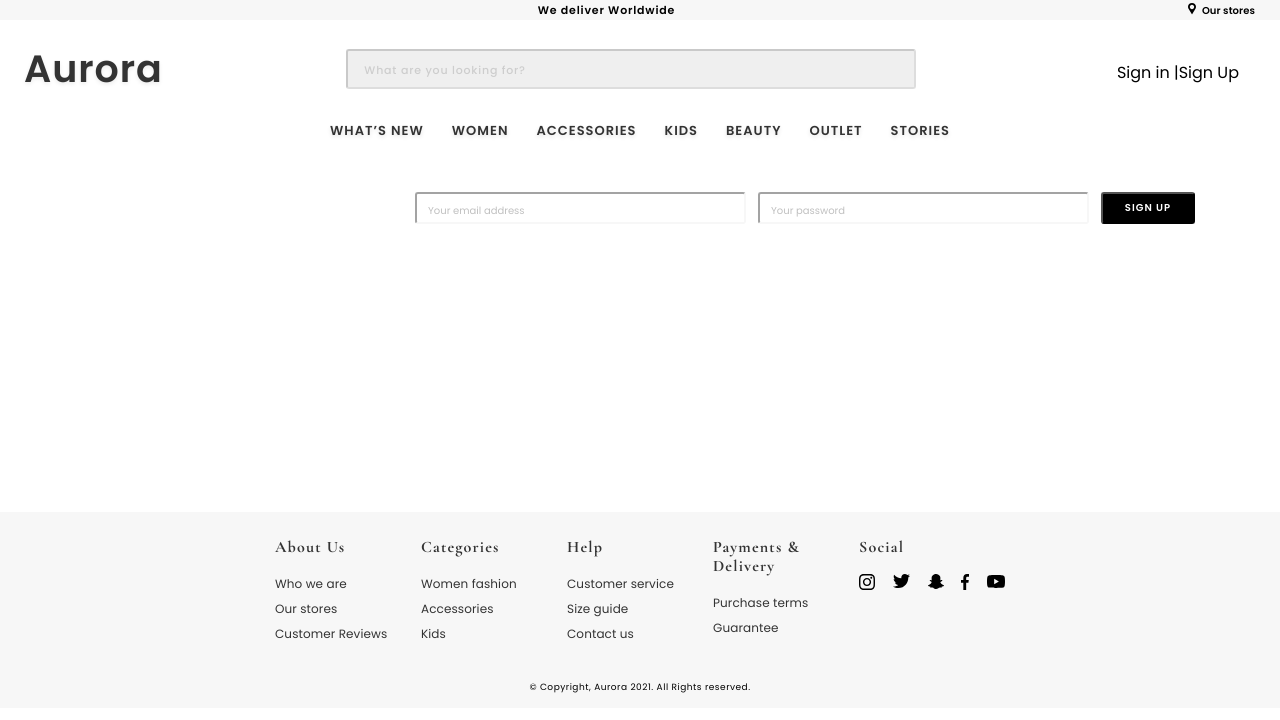
Repository: YuraKrvz/aurora-react-redux-toolkit-firebase
Page: /signUp
These files come from the project's save history. The page is drawn as it stood at one moment and after the next save; the edit follows.
The browser window is 1280 px wide. The pictures show the whole page.
The project was rebuilt for these pictures with package versions that can differ from the ones it lists, and the page was loaded fresh each time. Also part of the build but not shown: src/components/MainSection/MainSection.jsx, src/pages/HomeGuest.jsx, src/pages/HomeUser.jsx, src/pages/SignIn.jsx.

Above is the page before, as saved 2021-11-29 15:16:00.

### public/index.html
<!DOCTYPE html>
<html lang="en">
  <head>
    <meta charset="utf-8" />
    <link rel="icon" href="%PUBLIC_URL%/favicon.ico" />
    <meta name="viewport" content="width=device-width, initial-scale=1" />
    <meta name="theme-color" content="#000000" />
    <meta
      name="description"
      content="Web site created using create-react-app"
    />
    <link rel="apple-touch-icon" href="%PUBLIC_URL%/logo192.png" />
    <link rel="manifest" href="%PUBLIC_URL%/manifest.json" />
    <link rel="preconnect" href="https://fonts.googleapis.com">
    <link rel="preconnect" href="https://fonts.googleapis.com">
    <link rel="preconnect" href="https://fonts.gstatic.com" crossorigin>
    <title>React App</title>
  </head>
  <body>
    <noscript>You need to enable JavaScript to run this app.</noscript>
    <div id="root"></div>
  </body>
</html>

### src/index.css
@import '~normalize.css';
@import url('https://fonts.googleapis.com/css2?family=Poppins:wght@100;200;300;400;500;600;700&display=swap');
@import url('https://fonts.googleapis.com/css2?family=Cormorant+Garamond:wght@300;400;500;600;700&display=swap');

*, ::after, ::before {
  margin: 0;
  padding: 0;
  box-sizing: border-box;
  font-family: var(--text-regular-poppins);
  color: var(--color-very-black);
}
html, body{
  height: 100%;
}

:root{
  --text-regular-poppins: 'Poppins';
  --text-cormorant-garamond: 'Cormorant Garamond';

  --color-black: #333333;
  --color-very-black: #000000;
  --color-white:  #FFFFFF;
  --color-silver: #F7F7F7;

  --src-guest: './insta.svg';
  --src-user: './user.svg';
  --bg-wall: var(--src-guest);
}

### src/components/CustomRouter/CustomRouter.jsx
import { Routes, Route } from 'react-router-dom';
import HomeGuest from '../../pages/HomeGuest';
import HomeUser from '../../pages/HomeUser';
import SignIn from '../../pages/SignIn';
import SignUp from '../../pages/SignUp';
import {useAuthorization} from '../../hooks/useAuthorization';

const CustomRouter = () => {
   const {isAuth} = useAuthorization();

   return (
      <div>
      <Routes>
         {
         isAuth ? (
            <>
               <Route path='/' element={<HomeUser />} />
               <Route path='/signIn' element={<SignIn />} />
               <Route path='/signUp' element={<SignUp />} />
            </>
         ) : (
            <>
               <Route path='/' element={<HomeGuest />} />
               <Route path='/signIn' element={<SignIn />} />
               <Route path='/signUp' element={<SignUp />} />
            </>
         )
         }
      </Routes>
      </div>
   )
}

export default CustomRouter

### src/components/Header/Header.jsx
import React from 'react';
import s from './Header.module.css';
import { NavLink } from 'react-router-dom';
import GlobalSvgSelector from '../../source/GlobalSvgSelector';
import OverHeader from './OverHeader/OverHeader';
import Authorization from '../Authorization/Authorization';

const Header = () => {
   return (
      <>
         <header className={s.header}>
            <OverHeader />
            <div className={s.header_body}>
               <NavLink to='/' className={s.header_title}>Aurora</NavLink>
               <label className={s.input_wrap}>
                  <input className={s.header_searcher} type="text" placeholder="What are you looking for?" />
                  <GlobalSvgSelector className={s.icon} id="fill" color='black' />
               </label>
               <div>
                  <Authorization />
               </div>
            </div>
            <ul className={s.header_list}>
               <li className={s.header_list__item}>what’s new</li>
               <li className={s.header_list__item}>women</li>
               <li className={s.header_list__item}>accessories</li>
               <li className={s.header_list__item}>kids</li>
               <li className={s.header_list__item}>beauty</li>
               <li className={s.header_list__item}>outlet</li>
               <li className={s.header_list__item}>stories</li>
            </ul>
         </header>
      </>
   )
}

export default Header


// HEADER / Aurora
// <h6>{email}</h6>
//    <ul>
//       <li>
//          <NavLink  to='/' >home</NavLink>
//          <NavLink  to='/signIn' >signIn</NavLink>
//          <NavLink  to='/signUp' >signUp</NavLink>
//       </li>
//    </ul>
// </header>

### src/components/Footer/Footer.jsx
import GlobalSvgSelector from '../../source/GlobalSvgSelector';
import s from './Footer.module.css';

function Footer(){
   return (
      <>
         <footer className={s.footer}>
            <div className={s.footer_inner}>
               <div className={s.footer_item}>
                  <h6 className={s.title}>About Us</h6>
                  <ul className={s.list}>
                     <li className={s.text}>Who we are</li>
                     <li className={s.text}>Our stores</li>
                     <li className={s.text}>Customer Reviews</li>
                  </ul>
               </div>
               <div className={s.footer_item}>
                  <h6 className={s.title}>Categories</h6>
                  <ul className={s.list}>
                     <li className={s.text}>Women fashion</li>
                     <li className={s.text}>Accessories</li>
                     <li className={s.text}>Kids</li>
                  </ul>
               </div>
               <div className={s.footer_item}>
                  <h6 className={s.title}>Help</h6>
                  <ul className={s.list}>
                     <li className={s.text}>Customer service</li>
                     <li className={s.text}>Size guide</li>
                     <li className={s.text}>Contact us</li>
                  </ul>
               </div>
               <div className={s.footer_item}>
                  <h6 className={s.title}>Payments & Delivery</h6>
                  <ul className={s.list}>
                     <li className={s.text}>Purchase terms</li>
                     <li className={s.text}>Guarantee</li>
                  </ul>
               </div>
               <div className={s.footer_item}>
                  <h6 className={s.title}>Social</h6>
                  <ul className={s.list}>
                     <li className={s.social_icon}>
                        <a href="#"><GlobalSvgSelector id='instagram' /></a>
                        <a href="#"><GlobalSvgSelector id='twitter' /></a>
                        <a href="#"><GlobalSvgSelector id='snapchat' /></a>
                        <a href="#"><GlobalSvgSelector id='facebook' /></a>
                        <a href="#"><GlobalSvgSelector id='youtube' /></a>
                     </li>
                  </ul>
               </div>
            </div>
            <div className={s.copy_right}>
               <p>© Copyright, Aurora 2021. All Rights reserved.</p>
            </div>
         </footer>
      </>
   )
}

export default Footer

### src/pages/SignUp.jsx
import React, {useRef} from 'react';
import s from '../components/MainSection/MainSection.module.css';
import {signUp} from '../firebase';

const SignUp = () => {
   const emailRef = useRef();
   const passwordRef = useRef();
   async function handler(){
      try{
         await signUp(emailRef.current.value, passwordRef.current.value)
      }
      catch{
         alert('error in sign up')
      }
   }

   return (
      <>
         <div className={s.section_register_field} >
            <div style={{height: '50vh'}}>
               <label className={s.input_wrap} style={{flex: '1 1 auto'}}>
               <input className={s.section_register_input} ref={emailRef} type="email" placeholder='Your email address' />
               <input className={s.section_register_input} ref={passwordRef} type="password" placeholder='Your password' />
               <button className={s.section_register_btn} onClick={handler} >Sign Up</button>
               </label>
            </div>
         </div>
      </>
   )
}

export default SignUp;

### src/hooks/useAuthorization.jsx
import {useSelector} from 'react-redux';

export function useAuthorization(){
   const {email, id, token} = useSelector(state => state.user);

   return {
      isAuth: !!email,
      email,
      id,
      token,
   }
}

### src/components/Header/Header.module.css
.header{
   width: 100%;
   height: 160px;
   /* background: linear-gradient(180deg, rgba(51, 51, 51, 0.9) 14.31%, rgba(27, 27, 27, 0.469176) 58.6%, rgba(0, 0, 0, 0.0001) 100%); */
   mix-blend-mode: normal;
   /* opacity: 0.24; */
   /* background: rgba(0, 0, 0, 0.1); */
   /* background-color: black; */
}
.header_body{
   display: flex;
   justify-content: space-between;
   align-items: center;
   padding: 0 24px;
}
.header_title{
   margin: 0;
   font-style: normal;
   font-weight: 600;
   font-size: 38px;
   line-height: 57px;
   letter-spacing: 0.95px;
   color: var(--color-black, --color-white);
   text-shadow: 0px 2px 4px rgba(0, 0, 0, 0.08);
   text-decoration: none;
}
.input_wrap{
   position: relative;
}
.header_searcher{
   background-color: silver;
   border-color: none;
   mix-blend-mode: normal;
   opacity: 0.24;
   border-radius: 3px;
   width: 570px;
   height: 40px;
   color: var(--color-very-black);
}
.icon{
   position: absolute;
   width: 17px;
   height: 17px;
   top: 30%;
   right: 10px;
   /* background-color: var(--color-very-black) */
}
.header_searcher::placeholder {
   padding: 16px;
   height: 17px;
   font-weight: 500;
   font-size: 11px;
   line-height: 16px;
   letter-spacing: 0.8px;
   color: var(--color-black, --color-white);
 }
.header_user{
   font-style: normal;
   font-weight: 600;
   font-size: 11px;
   line-height: 16px;
   text-align: right;
   letter-spacing: 1px;
   color: var(--color-black, --color-white);
}
.header_list{
   list-style: none;
   display: flex;
   justify-content: space-between;
   text-transform: uppercase;
   width: 620px;
   margin: 24px auto;
   padding-bottom: 25px;
}
.header_list__item{
   color: var(--color-black, --color-white);
   font-style: normal;
   font-weight: 600;
   font-size: 13px;
   line-height: 19px;
   text-align: center;
   letter-spacing: 1px;
   text-transform: uppercase;
   text-shadow: 0px 2px 4px rgba(0, 0, 0, 0.12);
   cursor: pointer;
}

### src/components/Header/OverHeader/OverHeader.jsx
import GlobalSvgSelector from "../../../source/GlobalSvgSelector"
import s from './OverHeader.module.css';

const OverHeader = () => {
   return (
      <>
         <div className={s.wrapper}>
            <div />
            <h6 className={s.title}>We deliver Worldwide</h6>
            <div className={s.wrapper_text}>
               <GlobalSvgSelector id="shape" />
               <p className={s.text}>Our stores</p>
            </div>
         </div>
      </>
   )
}

export default OverHeader

### src/components/Authorization/Authorization.jsx
import s from './Authorization.module.css';
import GlobalSvgSelector from '../../source/GlobalSvgSelector';
import { useAuthorization } from '../../hooks/useAuthorization';
import { NavLink } from 'react-router-dom';

const Authorization = () => {
   const {isAuth, email, id} = useAuthorization();

   return (
      <>
         {!isAuth ? (
            <div >
               <NavLink to='/signIn' className={s.header_user}>
                  Sign in
               </NavLink>  |
               <NavLink to='/signUp' className={s.header_user}>
                  Sign Up
               </NavLink>
               <GlobalSvgSelector id="basket" color='black'/>
            </div>
         ) : (
            <div className={s.login_field}>
               <p className={s.login}>Hi, {email}!</p>
               <GlobalSvgSelector id="basket" color='black'/>
               {/*<GlobalSvgSelector id="ball" color='black'/>*/}
            </div>
         )}

      </>
   )
}

export default Authorization

### src/components/Footer/Footer.module.css
.footer{
   background-color: var(--color-silver);
}
.footer_inner{
   display: flex;
   justify-content: center;
   padding-top: 26px;
}
.footer_item{
   width: 146px;
   height: 105px;
   margin-bottom: 38px;
}
.title{
   margin-bottom: 17px;
   font-family: var(--text-cormorant-garamond);
   font-size: 16px;
   line-height: 19px;
   letter-spacing: 1.16364px;
   color: var(--color-black);
}
.list{
   list-style: none;
}
.list li {
   cursor: pointer;
}
.social_icon{
   display: flex;
   justify-content: space-between;
}
.text{
   margin-bottom: 6px;
   font-style: normal;
   font-weight: normal;
   font-size: 12px;
   line-height: 19px;
   letter-spacing: 0.1px;
   color: var(--color-black);
}
.copy_right{
   padding-bottom: 14px;
   font-style: normal;
   font-weight: normal;
   font-size: 9px;
   line-height: 13px;
   text-align: center;
   letter-spacing: 0.5px;
   color: var(--color-black);
}

### src/components/MainSection/MainSection.module.css
.section{
   height: 100vh;
   background-position: center;
   background-size: cover;
   background-repeat: no-repeat;
   display: flex;
   flex-direction: column;
}
.guest{
   background-image: url(./insta.svg);
}
.user{
   background-image: url(./user.svg);
}
.title{
   margin: auto;
   font-style: normal;
   font-weight: bold;
   font-size: 60px;
   line-height: 90px;
   text-align: center;
   color: var(--color-white);
}
.section_register_field{
   display: block;
   margin: 32px auto;
   width: 450px;
   height: 40vh;
}
.text{
   margin-bottom: 14px;
   font-style: normal;
   font-weight: normal;
   font-size: 12px;
   line-height: 18px;
   letter-spacing: 0.872727px;
   color: var(--color-black);
}
.input_wrap{
   display: flex;
   align-items: center;
}
.section_register_input{
   padding: 7px 0 7px 11px;
   width: 335px;
   height: 32px;
   margin-right: 12px;
   border-radius: 3px;
   border-color: var(--color-silver);
}
.section_register_input::placeholder{
   color: silver;
   font-size: 10px;
}
.section_register_btn{
   min-width: 94px;
   height: 32px;
   border-radius: 3px;
   /* border: transparent; */
   background-color: var(--color-very-black);
   color: var(--color-white);
   font-style: normal;
   font-weight: 600;
   font-size: 10px;
   line-height: 20px;
   text-align: center;
   letter-spacing: 1px;
   text-transform: uppercase;
   cursor: pointer;
}

### src/components/Header/OverHeader/OverHeader.module.css
.wrapper{
   width: 100%;
   height: 20px;
   display: flex;
   justify-content: space-between;
   align-items: center;
   padding: 4px 25px;
   font-weight: 600;
   background-color: var(--color-silver, --color-white);
   margin-bottom: 20px;
}
.title{
   font-style: normal;
   font-weight: 500;
   font-size: 11px;
   line-height: 16px;
   text-align: center;
   letter-spacing: 0.8px;
   font-weight: 600;
}
.wrapper_text{
   display: flex;
}
.text{
   padding-left: 6px;
   font-family: Poppins;
   font-style: normal;
   font-size: 10px;
   line-height: 15px;
   text-align: right;
   letter-spacing: 0.0833333px;
}

### src/components/Authorization/Authorization.module.css
.login_field{
   display: flex;
   align-items: center;
}
.login{
   margin-right: 17px;
   font-style: normal;
   font-weight: 600;
   font-size: 11px;
   line-height: 16px;
   text-align: right;
   letter-spacing: 1px;
   color: var(--color-very-black);
}
.header_user{
   text-decoration: none;
}

Loaded but not shown: src/firebase.js (22 lines, source omitted); src/App.js (25 lines, source omitted); src/store/slices/userSlice.js (27 lines, source omitted); src/index.js (13 lines, source omitted); src/store/index.js (8 lines, source omitted); src/source/GlobalSvgSelector.jsx (88 lines, source omitted)

After the next save:
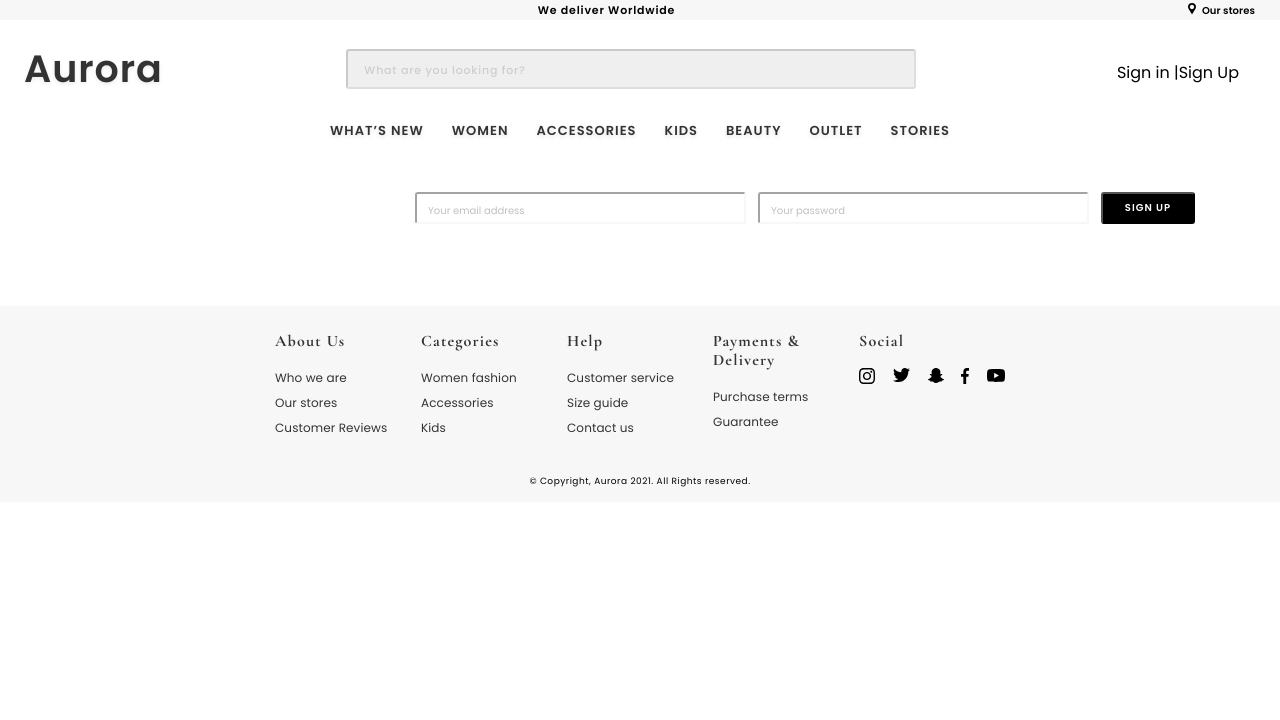
Saved 1 s later.
--- a/src/components/MainSection/MainSection.module.css
+++ b/src/components/MainSection/MainSection.module.css
@@ -25,7 +25,7 @@
    display: block;
    margin: 32px auto;
    width: 450px;
-   height: 40vh;
+   height: 82px;
 }
 .text{
    margin-bottom: 14px;
